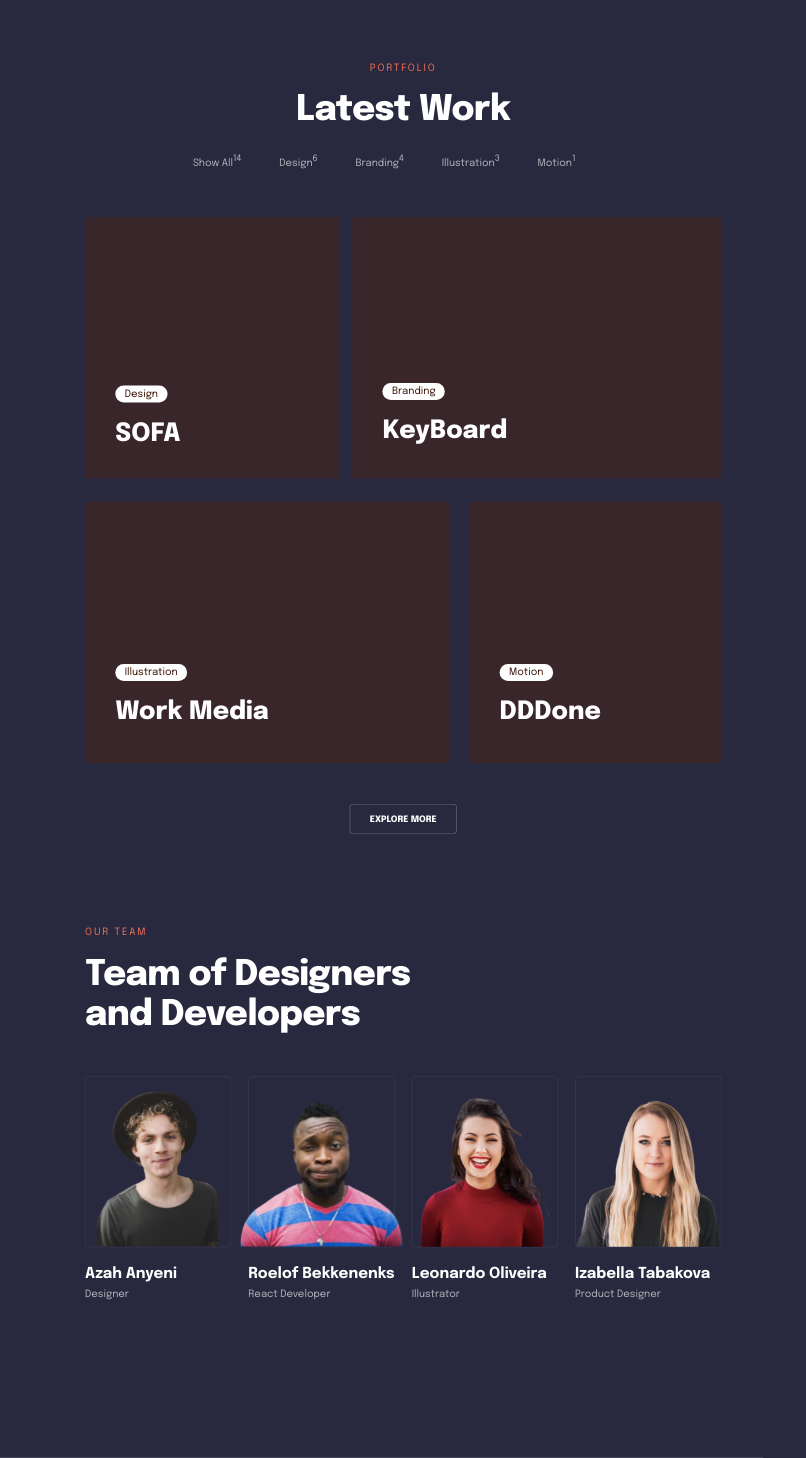
Repository: FidanXankishiyeva/figma-positions-task
Page: index.html
These files come from the project's save history. The page is drawn as it stood at one moment and after a run of saves; the edit follows.
The browser window is 1280 px wide. The pictures show the whole page, at 63% of full size.

Above is the page before, as saved 2023-08-10 13:56:12.

### index.html
<!DOCTYPE html>
<html lang="en">

<head>
    <meta charset="UTF-8">
    <meta name="viewport" content="width=device-width, initial-scale=1.0">
    <title>Document</title>
    <link rel="stylesheet" href="index.css">
</head>

<body>
    <div class="container">
        <div class="page-1">
            <div class="text-box">
                <h1>Portfolio</h1>
                <h2>Latest Work</h2>
            </div>
            <nav class="position-box">
                <ul>
                    <li>
                        <h1>Show All</h1>
                        <p>14</p>
                    </li>
                    <li>
                        <h1>Design</h1>
                        <p>6</p>
                    </li>
                    <li>
                        <h1>Branding</h1>
                        <p>4</p>
                    </li>
                    <li>
                        <h1>Illustration</h1>
                        <p>3</p>
                    </li>
                    <li>
                        <h1>Motion</h1>
                        <p>1</p>
                    </li>
                </ul>
            </nav>
            <div class="photo-box">
                <div class="sofa-box">
                    <img src="./photo/sofa.svg" alt="">
                    <div class="design-box">
                        <a href="#">Design</a>
                        <p>SOFA</p>

                    </div>
                </div>
                <div class="keyboard-box">
                    <img src="./photo/keyboard.svg" alt="">
                    <div class="branding-box">
                        <a href="#">Branding</a>
                        <p>KeyBoard</p>
                    </div>
                </div>
            </div>

            <div class="photo-box-2">
                <div class="work-media">
                    <img src="./photo/Work-Media.svg" alt="">
                    <div class="illustration-box">
                        <a href="#">Illustration</a>
                        <p>Work Media</p>
                    </div>
                </div>
                <div class="done-box">
                    <img src="./photo/done.svg" alt="">
                    <div class="motion-box">
                        <a href="#">Motion</a>
                        <p>DDDone</p>
                    </div>
                </div>
            </div>
            <button>
                Explore more
            </button>
        </div>
        <div class="page-2">
            <div class="text-buttons-collaj">
                <div class="text-box-2">
                    <h3 >Our Team</h3>
                    <h4>Team of Designers
                        and Developers</h4>
                </div>
                <div class="buttons">
                    <div class="circle"></div>
                </div>
            </div>

            <div class="team-person">
                <ul>
                    <li>
                        <div>
                            <img src="./photo/azah.svg" alt="">
                        </div>
                        <h5>Azah Anyeni</h5>
                        <h6>Designer</h6>
                    </li>
                    <li>
                        <div>
                            <img src="./photo/roelof.svg" alt="">

                        </div>
                        <h5>Roelof Bekkenenks</h5>
                        <h6>React Developer</h6>
                    </li>
                    <li>
                        <div>
                            <img src="./photo/Bitmap.png" alt="">
                        </div>
                        <h5>Leonardo Oliveira</h5>
                        <h6>Illustrator</h6>
                    </li>
                    <li>
                        <div>
                            <img src="./photo/Bitmap (1).png" alt="">
                        </div>
                        <h5>Izabella Tabakova</h5>
                        <h6>Product Designer</h6>
                    </li>
                </ul>
            </div>
        </div>
    </div>

</body>

</html>

### index.css
@import url("https://fonts.googleapis.com/css2?family=Epilogue:wght@400;700;800&display=swap");
* {
    margin: 0;
    padding: 0;
    box-sizing: border-box;
}

.container {
    width: 100%;
    background-color: #28293e;
}

.page-1 {
    padding: 92px 135px 0 135px;
}
.text-box h1 {
    margin-bottom: 20px;
    color: var(--text-light-accent, #ef6d58);
    text-align: center;
    font-feature-settings:
        "clig" off,
        "liga" off;
    font-family: Epilogue;
    font-size: 16px;
    font-style: normal;
    font-weight: 400;
    line-height: 32px;
    letter-spacing: 3px;
    text-transform: uppercase;
}

.text-box h2 {
    margin-bottom: 36px;
    color: var(--text-light, #fff);
    text-align: center;
    font-feature-settings:
        "clig" off,
        "liga" off;
    font-family: Epilogue;
    font-size: 56px;
    font-style: normal;
    font-weight: 800;
    line-height: 64px;
    letter-spacing: -1px;
}

.position-box ul {
    display: flex;
    justify-content: center;
}

.position-box ul li {
    list-style-type: none;
    margin-right: 60px;
    display: flex;
}

.position-box ul li h1 {
    color: var(--text-light-gray, rgba(255, 255, 255, 0.64));
    font-feature-settings:
        "clig" off,
        "liga" off;
    font-family: Epilogue;
    font-size: 16px;
    font-style: normal;
    font-weight: 400;
    line-height: 32px;
}

.position-box ul li p {
    color: var(--text-light-gray, rgba(255, 255, 255, 0.64));
    text-align: center;
    font-feature-settings:
        "clig" off,
        "liga" off;
    font-family: Epilogue;
    font-size: 14px;
    font-style: normal;
    font-weight: 400;
}

.photo-box {
    display: flex;
    justify-content: space-between;
    margin-top: 68px;
}

.sofa-box {
    width: 40%;
    position: relative;
}

.design-box {
    position: absolute;
    bottom: 51px;
    left: 48px;
    /* top: 50%;
    left: 50%;
    transform: translate(-50%, -50%); */
}

.sofa-box img {
    width: 100%;
    height: 416px;
    margin-right: 30px;
    border-radius: 6px;
    opacity: 0.3181;
    background: #5c2000;
}

.photo-box a {
    width: 84px;
    height: 38px;
    padding: 5px 15px;
    text-decoration: none;
    border-radius: 19px;
    background: #fff;
    color: var(--text-dark, #391400);
    font-feature-settings:
        "clig" off,
        "liga" off;
    font-family: Epilogue;
    font-size: 16px;
    font-style: normal;
    font-weight: 400;
    line-height: 32px;
}

.photo-box p {
    margin-top: 23px;
    color: var(--text-light, #fff);
    font-feature-settings:
        "clig" off,
        "liga" off;
    font-family: Epilogue;
    font-size: 40px;
    font-style: normal;
    font-weight: 800;
    line-height: 48px;
}

.keyboard-box {
    position: relative;
    width: 58%;
    height: 416px;
}

.keyboard-box img {
    width: 100%;
    height: 100%;
    border-radius: 6px;
    opacity: 0.3181;
    background: #5c2000;
}

.branding-box {
    position: absolute;
    bottom: 51px;
    left: 48px;
}

.photo-box-2 {
    display: flex;
    justify-content: space-between;
    margin-top: 32px;
}

.work-media {
    position: relative;
    margin-right: 30px;
    width: 58%;
    height: 416px;
}

.work-media img {
    width: 100%;
    height: 100%;
    border-radius: 6px;
    opacity: 0.3181;
    background: #5c2000;
}

.photo-box-2 a {
    padding: 5px 15px;
    border-radius: 19px;
    text-decoration: none;
    background: #fff;
    color: var(--text-dark, #391400);
    font-feature-settings:
        "clig" off,
        "liga" off;
    font-family: Epilogue;
    font-size: 16px;
    font-style: normal;
    font-weight: 400;
    line-height: 32px;
}

.photo-box-2 p {
    margin-top: 23px;
    color: var(--text-light, #fff);
    font-feature-settings:
        "clig" off,
        "liga" off;
    font-family: Epilogue;
    font-size: 40px;
    font-style: normal;
    font-weight: 800;
    line-height: 48px;
}

.illustration-box {
    position: absolute;
    top: 256px;
    left: 48px;
}

.done-box {
    position: relative;
    width: 40%;
    height: 416px;
}

.done-box img {
    width: 100%;
    height: 100%;

    border-radius: 6px;
    opacity: 0.3181;
    background: #5c2000;
}

.motion-box {
    position: absolute;
    top: 256px;
    left: 48px;
}

.box {
    position: absolute;
    top: 64px;
    left: 500px;
}

button {
    width: 170px;
    height: 48px;
    /* padding: 18px 31px; */
    margin: auto;
    margin-top: 64px;
    display: block;
    border-radius: 6px;
    border: 1px solid rgba(255, 255, 255, 0.3);
    background-color: #28293e;
    text-decoration: none;
    color: #fff;
    text-align: center;
    font-family: Epilogue;
    font-size: 14px;
    font-style: normal;
    font-weight: 900;
    line-height: normal;
    text-transform: uppercase;
}
/* page-2 design */
.page-2 {
    padding: 140px 135px 244px 135px;
}
.text-buttons-collaj{
    display: flex;
    justify-content: space-between;
}
.text-buttons-collaj .buttons{
    display: flex;
}
.text-buttons-collaj .buttons .circle{
    width: ;
}
.text-box-2 {
    width: 531px;
}
.text-box-2 h3 {
    color: var(--text-light-accent, #ef6d58);
    font-feature-settings:
        "clig" off,
        "liga" off;
    font-family: Epilogue;
    font-size: 16px;
    font-style: normal;
    font-weight: 400;
    line-height: 32px;
    letter-spacing: 3px;
    text-transform: uppercase;
}
.text-box-2 h4 {
    margin-top: 20px;
    color: var(--text-light, #fff);
    font-feature-settings:
        "clig" off,
        "liga" off;
    font-family: Epilogue;
    font-size: 56px;
    font-style: normal;
    font-weight: 800;
    line-height: 64px;
    letter-spacing: -1px;
}
.team-person ul {
margin-top: 64px;
    display: flex;
    justify-content: space-between;

}
.team-person ul li {
    list-style-type: none;
    width: 23%;

}
.team-person ul li div {
    height: 272px;
    border-radius: 6px;
    border: 1px solid #3a3c56;
    display: flex;
    justify-content: center;
    align-items: flex-end;
}
.team-person ul li:first-child img {
    width: 196px;
    height: 247px;
}
.team-person ul li:nth-child(2) img {
    width: 259px;
    height: 232px;
}

.team-person ul li:nth-child(3) img {
    width: 205px;
    height: 238px;
}
.team-person ul li:nth-child(4) img {
    width: 230px;
    height: 233px;
}

.team-person h5 {
    margin-top: 26px;
    color: var(--text-light, #fff);
    font-feature-settings:
        "clig" off,
        "liga" off;
    font-family: Epilogue;
    font-size: 24px;
    font-style: normal;
    font-weight: 700;
    line-height: 32px;
}
.team-person h6 {
    color: var(--text-light-gray, rgba(255, 255, 255, 0.64));
    font-feature-settings:
        "clig" off,
        "liga" off;
    font-family: Epilogue;
    font-size: 16px;
    font-style: normal;
    font-weight: 400;
    line-height: 32px;
}

After the next 5 saves:
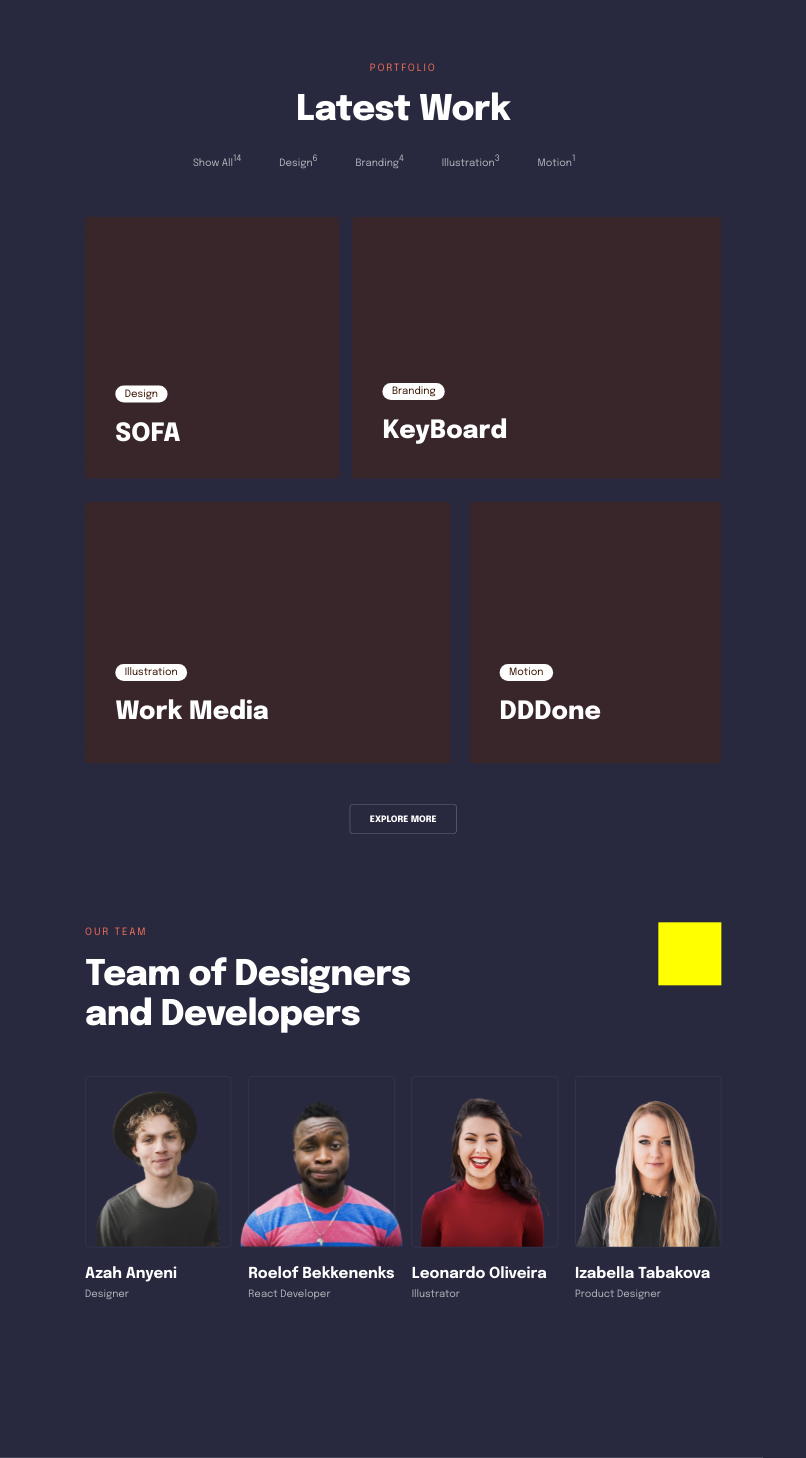
The 5 saves are shown as one change because they came seconds apart.
The last was saved 15 s later.
--- a/index.css
+++ b/index.css
@@ -274,7 +274,9 @@ button {
     display: flex;
 }
 .text-buttons-collaj .buttons .circle{
-    width: ;
+    width: 100px;
+    height: 100px;
+    background-color: yellow;
 }
 .text-box-2 {
     width: 531px;
